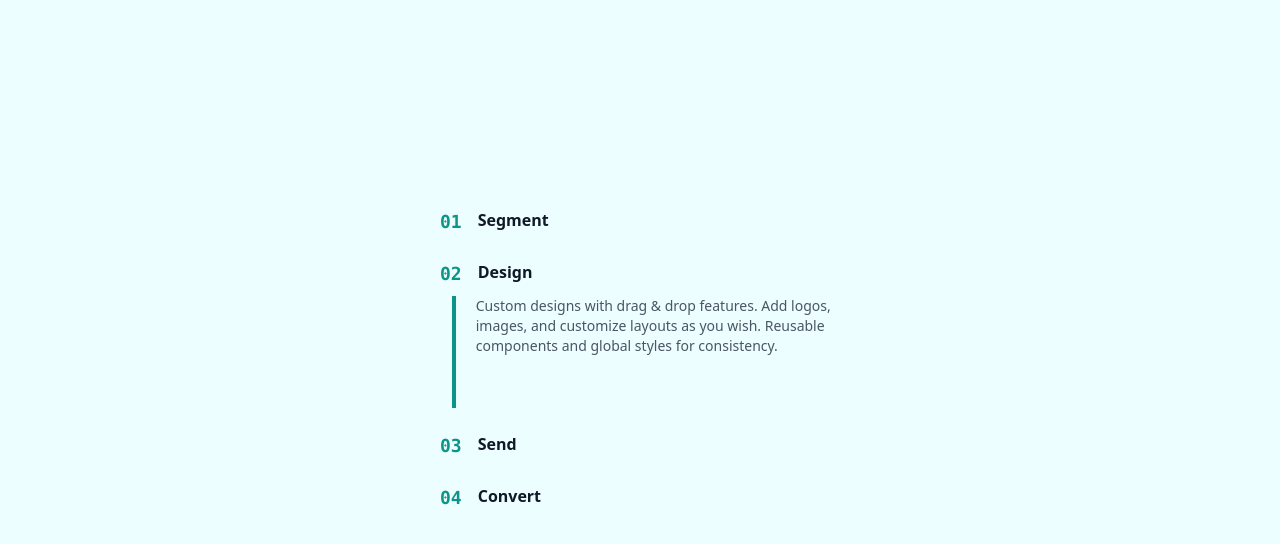
Repository: trusha97/postpilot
Page: accordin.html
These files come from the project's save history. The page is drawn as it stood at one moment and after a run of saves; the edit follows.
The browser window is 1280 px wide. The pictures show the whole page.
Some web libraries are served in a nearby version.

Above is the page before, as saved 2025-05-19 10:41:19.

After the next 3 saves:
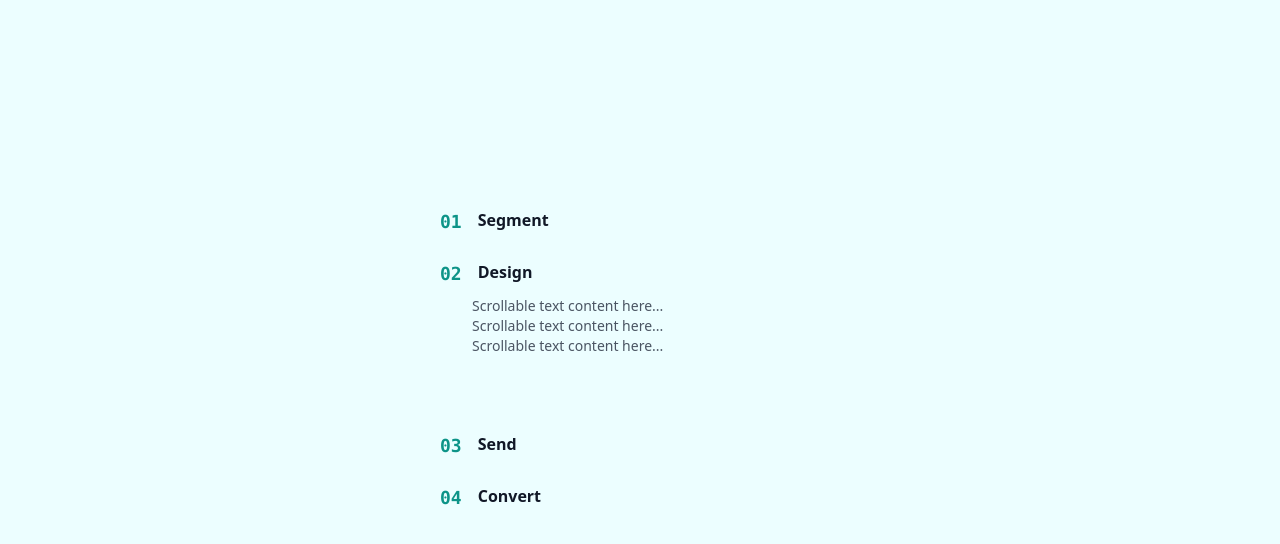
The 3 saves are shown as one change because they came seconds apart.
The last was saved 28 s later.
--- a/accordin.html
+++ b/accordin.html
@@ -73,12 +73,26 @@
         </div>
       </div>
       <div id="content-2" class="hidden ms-3 mt-2 flex space-x-5 h-28 overflow-hidden">
-        <div class="overflow-y-auto h-full custom-scroll">
+        <!-- <div class="overflow-y-auto h-full custom-scroll">
           <div class="w-1 bg-teal-600 h-[600px]"></div>
         </div>
         <div class="overflow-y-auto h-full text-sm text-gray-600 custom-scroll pr-2 w-full">
           Custom designs with drag & drop features. Add logos, images, and customize layouts as you wish.
           Reusable components and global styles for consistency.
+        </div> -->
+        <div class="flex space-x-4 h-16">
+          <div class="overflow-y-auto h-full flex w-full left-scroll ">
+            <div class="text-sm text-gray-600 pr-2 w-full ms-5">
+              Scrollable text content here... <br />
+              Scrollable text content here... <br />
+              Scrollable text content here... <br />
+              Scrollable text content here... <br />
+              Scrollable text content here... <br />
+              Scrollable text content here... <br />
+              Scrollable text content here... <br />
+              Scrollable text content here... <br />
+            </div>
+          </div>
         </div>
       </div>
     </div>
